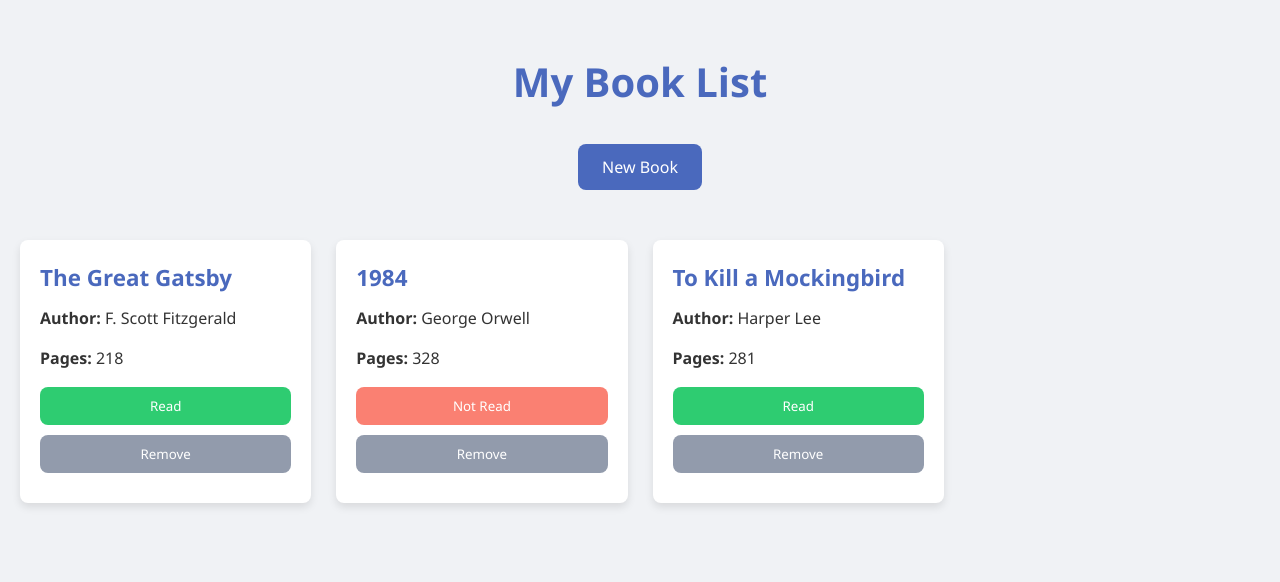
Repository: gkintu/odin-book-library
Page: index.html
An editor plug-in stored every save of this project. The page is shown before and after the next save, followed by the edit.
The browser window is 1280 px wide. The pictures show the whole page.

Above is the page before, as saved 2025-03-11 15:35:43.

After the next save:
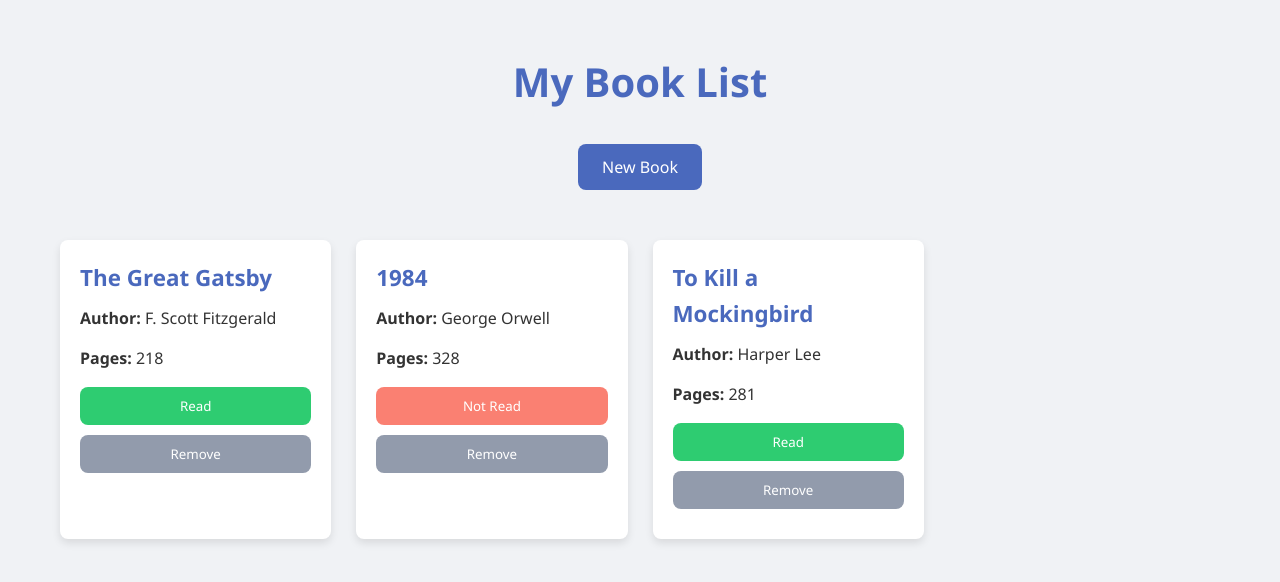
Saved 119 s later.
--- a/style.css
+++ b/style.css
@@ -21,6 +21,8 @@ body {
     color: var(--text-color);
     line-height: 1.6;
     padding: 20px;
+    max-width: 1200px;
+    min-width: 380px;
     margin: 0 auto;
 }
 
